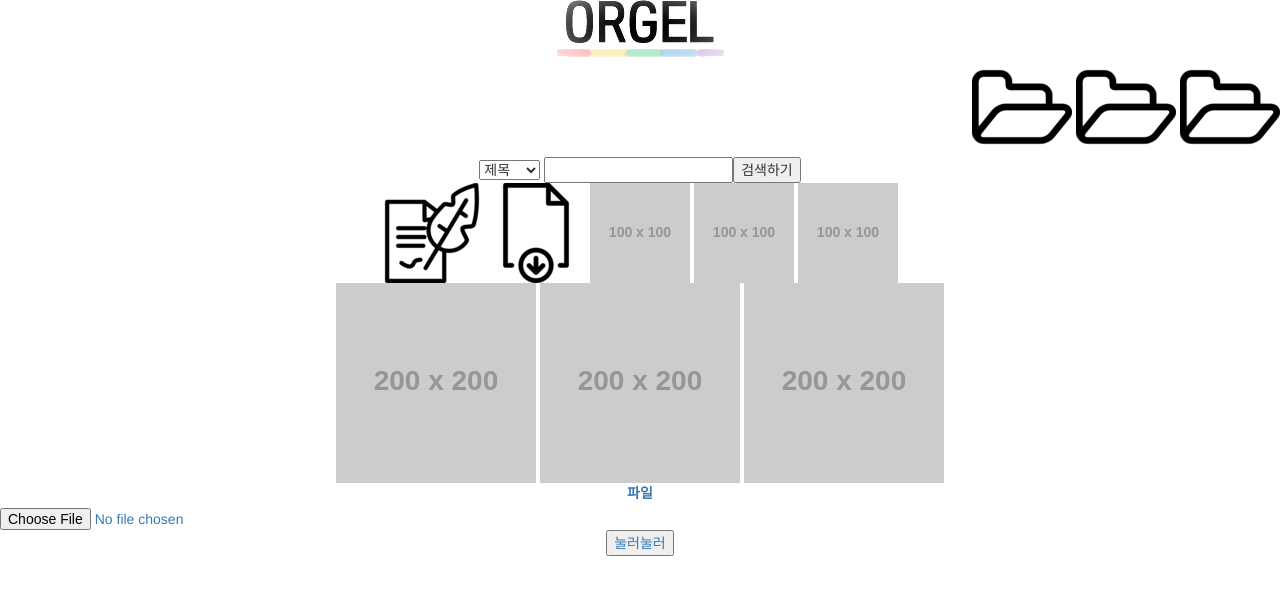
Repository: 2018YoungJinCollege-Com-3WDJ-3Group/WebCode
Page: http://localhost/main
The author's editor kept a record of every edit. The page is drawn from the files as they stood at one moment, then again after the next edit.
The browser window is 1280 px wide. The pictures show the whole page.
The page is served by the project's Laravel application, run on PHP 8.4 with Laravel 8.

Above is the page before.
Console error (its wording comes from the project's code and is left out).

After the next edit:
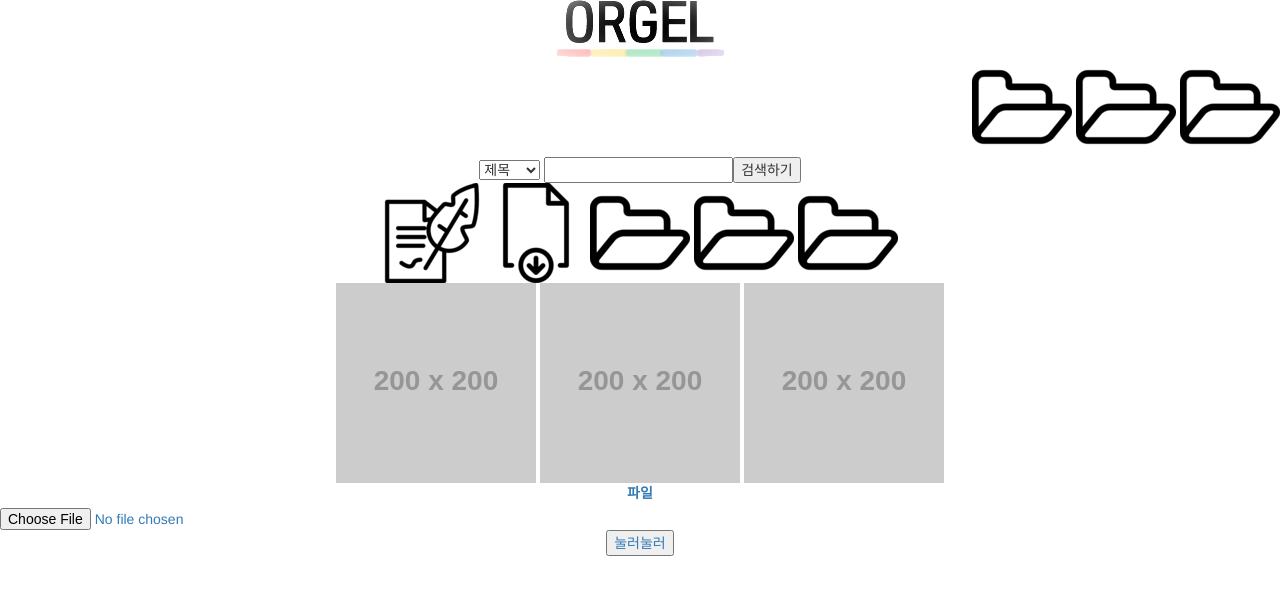
The edit:
--- a/project_0321/resources/views/layouts/master.blade.php
+++ b/project_0321/resources/views/layouts/master.blade.php
@@ -48,9 +48,9 @@
     <div class="menu_icon">
         <a href="{{route('main.index')}}"><img src="/img/mk_score_icon_resized.png"></a>
         <a href="{{route('sellboard.index')}}"><img src="/img/dl_file_icon_resized.png"></a>
-        <a href="https://placeholder.com"><img src="http://via.placeholder.com/100x100"></a>
-        <a href="https://placeholder.com"><img src="http://via.placeholder.com/100x100"></a>
-        <a href="https://placeholder.com"><img src="http://via.placeholder.com/100x100"></a>
+        <a href="https://placeholder.com"><img src="/img/op_folder_icon.png"></a>
+        <a href="https://placeholder.com"><img src="/img/op_folder_icon.png"></a>
+        <a href="https://placeholder.com"><img src="/img/op_folder_icon.png"></a>
     </div>
     @yield('content')
 </div>
